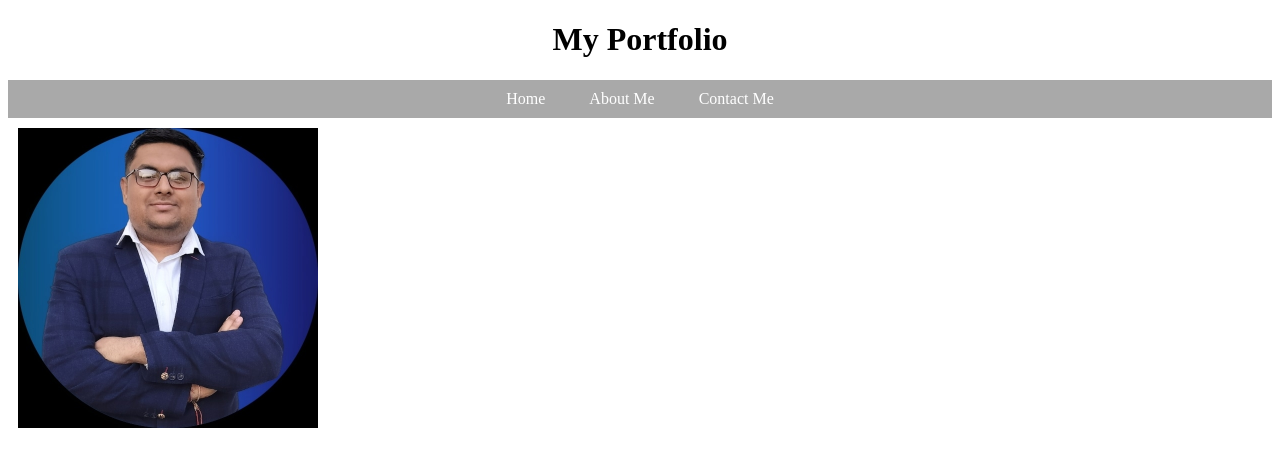
Repository: harshitanthal1/my_portfolio
Page: index.html
These files come from the project's save history. The page is drawn as it stood at one moment and after the next save; the edit follows.
The browser window is 1280 px wide. The pictures show the whole page.

Above is the page before, as saved 2024-02-02 13:15:33.

After the next save:
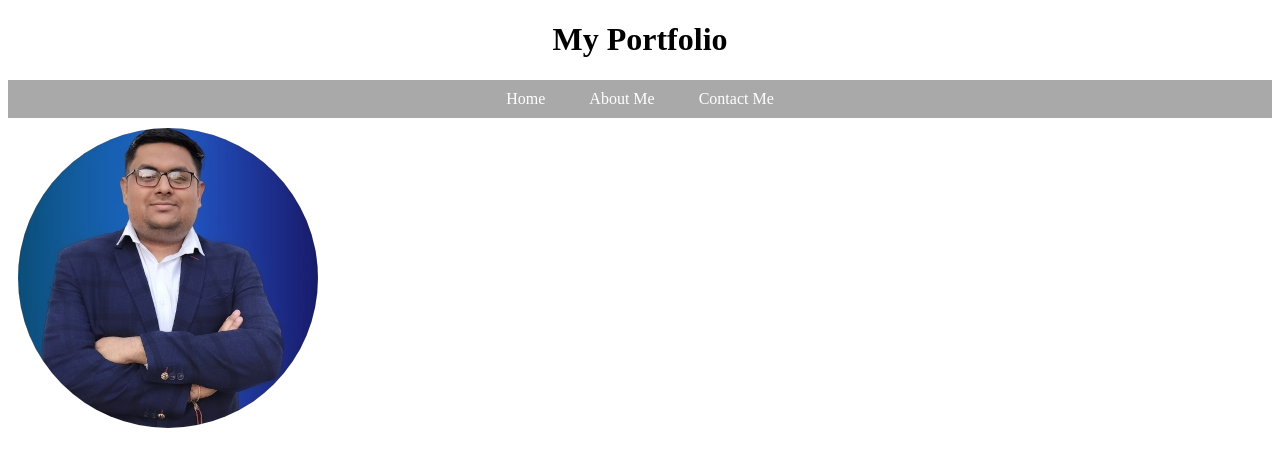
Saved 27 s later.
--- a/styles/styles.css
+++ b/styles/styles.css
@@ -24,6 +24,6 @@ a {
     padding: 10px;
 }
 
-#my-pic {
+img {
     border-radius: 50%;
 }
